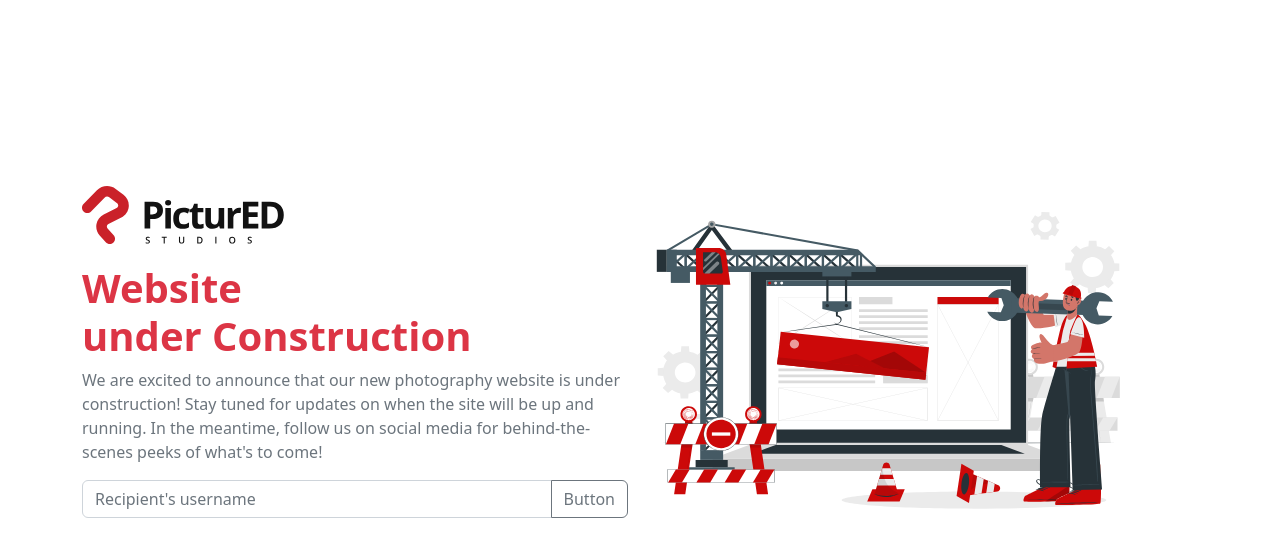
Repository: tHEO2k17/pictured
Page: /
The author's editor kept a copy of each file at every save. The page is drawn from the files as they stood at one save, then again after the next save.
The browser window is 1280 px wide. The pictures show the whole page.
The project was rebuilt for these pictures with package versions that can differ from the ones it lists, and the page was loaded fresh each time.

Above is the page before, as saved 2022-09-14 14:14:16.

After the next save:
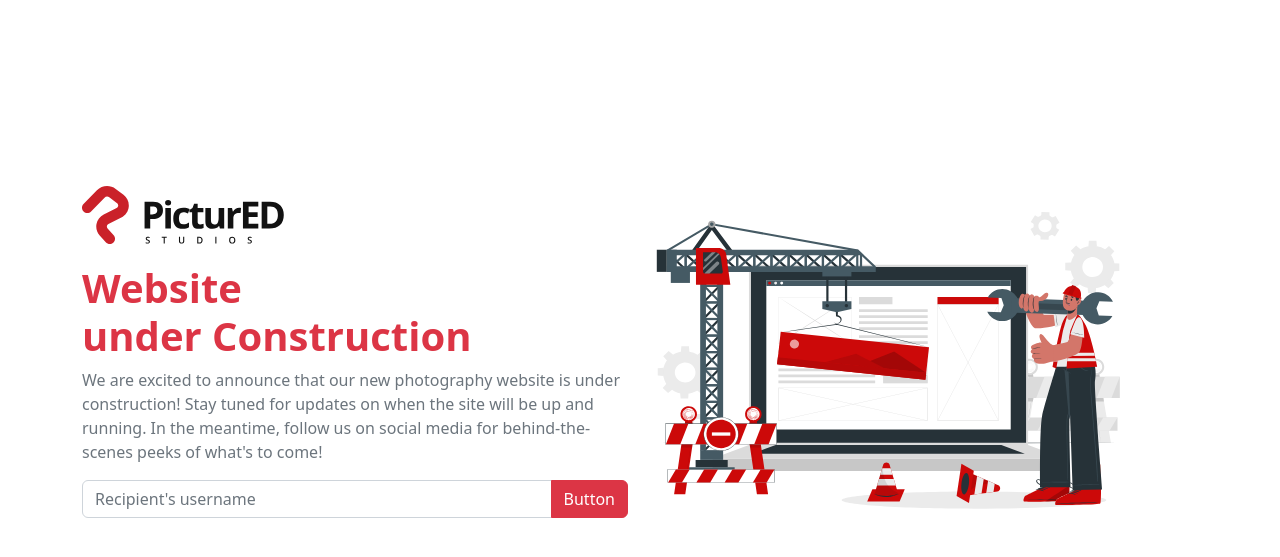
Saved 3 min 40 s later.
--- a/src/App.tsx
+++ b/src/App.tsx
@@ -34,7 +34,7 @@ function App() {
               aria-label="Recipient's username"
               aria-describedby="basic-addon2"
             />
-            <Button variant="outline-secondary" id="button-addon2">
+            <Button variant="danger" id="button-addon2">
               Button
             </Button>
           </InputGroup>
